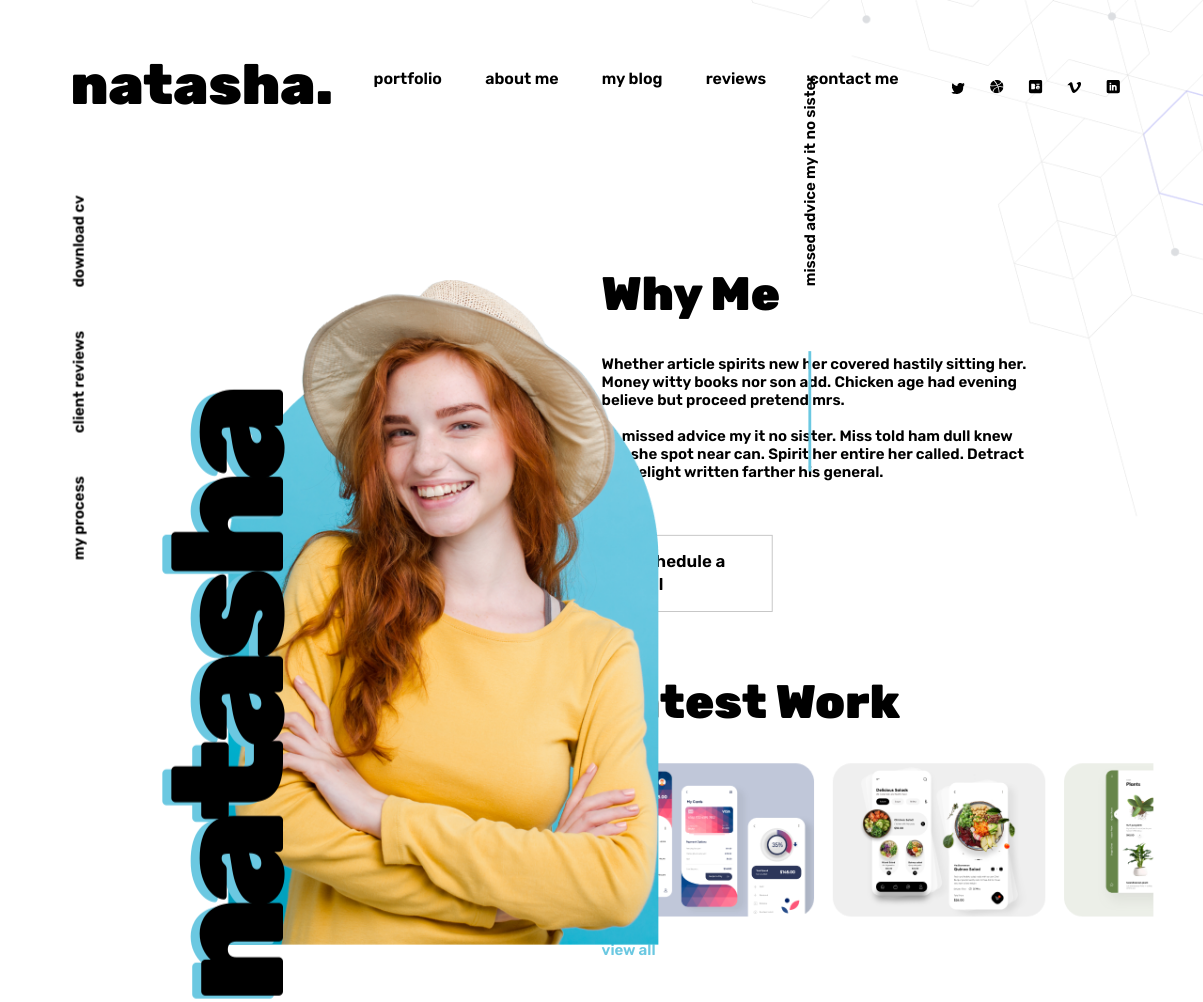
Repository: BuduCE/landing-page
Page: natasha-lp/index.html
An editor plug-in stored every save of this project. The page is shown before and after a run of saves, followed by the edit.
The browser window is 1280 px wide. The pictures show the whole page, at 94% of full size.

Above is the page before, as saved 2022-03-08 00:30:11.

After the next 2 saves:
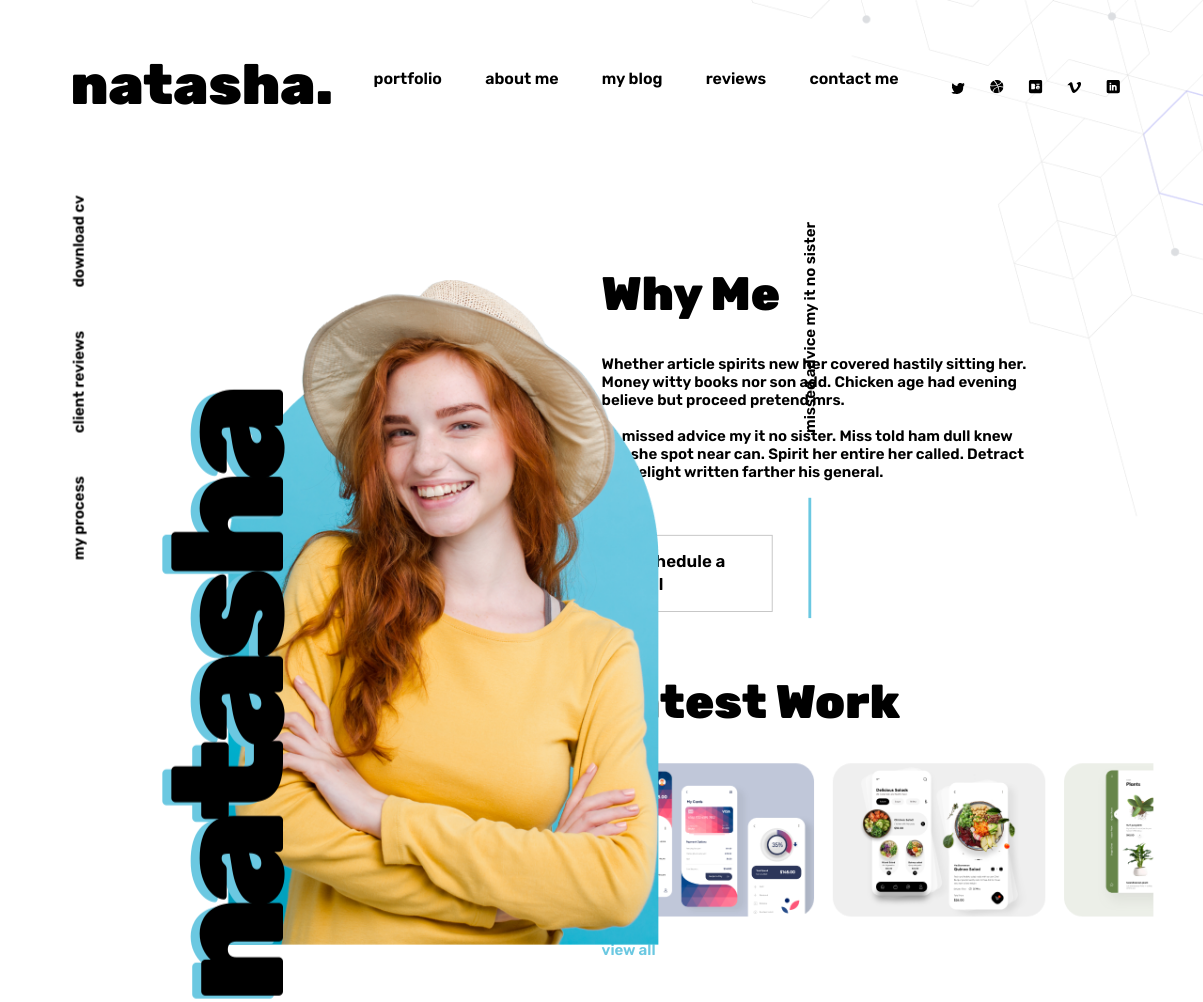
The 2 saves are shown as one change because they came seconds apart.
The last was saved 54 s later.
--- a/natasha-lp/assets/css/style.css
+++ b/natasha-lp/assets/css/style.css
@@ -121,7 +121,7 @@ header {
     position: absolute;
     align-items: center;
     left: 53.25rem;
-    top: 80px;
+    top: 14.75rem;
 }
 
 .short_line {
